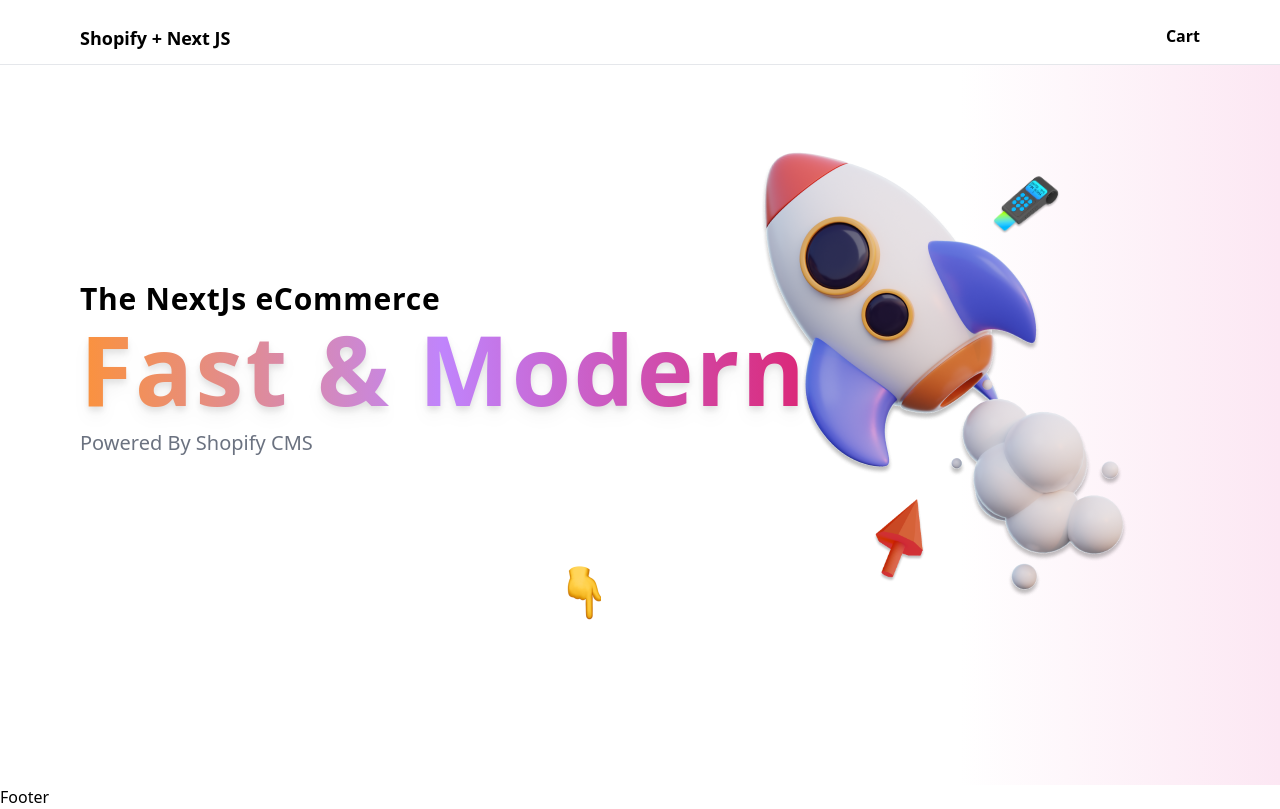
Repository: Krishna-bansall/store
Page: /
The author's editor kept a copy of each file at every save. The page is drawn from the files as they stood at one save, then again after a run of saves.
The browser window is 1280 px wide. The pictures show the whole page.
The project was rebuilt for these pictures with package versions that can differ from the ones it lists, and the page was loaded fresh each time. The framework's server and built-in components were replaced by stand-ins that run in the browser. Also part of the build but not shown: next.config.js, utils/helpers.js, components/ProductCard.js, components/ProductList.js.

Above is the page before, as saved 2022-04-10 20:50:46.

### pages/_app.tsx
import '../styles/globals.css'
import Layout from '../components/Layout'
import type { AppProps } from 'next/app'

function MyApp({ Component, pageProps }: AppProps) {
  return (
          <Layout>
            <Component {...pageProps} />
          </Layout>
    )
}

export default MyApp

### pages/index.js
// import { getProductInCollection, getProduct } from '../lib/shopify'
import ProductList from '../components/ProductList'
import HeroSection from '../components/HeroSection'

const Home = ({ products }) => {
  return (
    <div className="">
      <HeroSection />
      {/* <ProductList product={products} />{' '} */}
    </div>
  )
}
// export async function getStaticProps() {
//   const products = await getProductInCollection()

//   return {
//     props: { products }, // will be passed to the page component as props
//   }
// }

export default Home

### components/Layout.js
import React, { children } from 'react'
import Nav from './Nav'
import { AnimatePresence } from 'framer-motion'

function Layout({ children }) {
  return (
    <div className="flex flex-col justify-between">
      <Nav />
      <AnimatePresence exitBeforeEnter>
        <div className="overflow-hidden">
          <main>{children}</main>
          <footer>Footer</footer>
        </div>
      </AnimatePresence>
    </div>
  )
}

export default Layout

### components/HeroSection.js
import { motion } from 'framer-motion'
import Link from 'next/link'
import Image from 'next/image'
import rocket from '../public/images/rocket.png'
import machine from '../public/images/machine.png'
import cursor from '../public/images/cursor.png'
import down from '../public/images/down.png'

const easing = [0.6, -0.5, 0.01, 0.99]

const fadeInUp = {
  initial: {
    y: 60,
    opacity: 0,
  },
  animate: {
    y: 0,
    opacity: 1,
    transition: {
      duration: 2,
      ease: easing,
    },
  },
}

const stagger = {
  animate: {
    transition: {
      staggerChildren: 0.5,
    },
  },
}

function HeroSection() {
  return (
    <motion.div
      initial="initial"
      animate="animate"
      exit={{ opacity: 0 }}
      className="relative grid h-screen grid-cols-2 bg-white"
    >
      <motion.div
        // variants={stagger}
        className="z-10 col-span-2 grid max-h-screen grid-cols-[1fr_3fr_1fr] grid-rows-[3fr_2fr_3fr]
      px-4 py-20 md:grid-cols-[2fr_1fr] md:grid-rows-[1fr_2fr_2fr] md:px-20"
      >
        <motion.div className="col-start-2 row-start-2 flex h-full items-center justify-center text-center md:col-start-1 md:justify-start md:text-left">
          <motion.div
            variants={stagger}
            className="absolute -translate-y-1/2 md:translate-y-0"
          >
            <motion.h3
              variants={fadeInUp}
              className="mb-1 max-w-xl text-lg font-semibold tracking-wide md:text-2xl lg:text-3xl 2xl:text-5xl"
            >
              The NextJs eCommerce
            </motion.h3>
            <motion.h1
              variants={fadeInUp}
              className="mb-3 max-w-full bg-gradient-to-r from-orange-400 via-purple-400 to-pink-600 bg-clip-text
          text-4xl font-black text-transparent drop-shadow-lg md:text-6xl md:tracking-wide lg:text-8xl 2xl:text-9xl"
            >
              Fast & Modern
            </motion.h1>
            <motion.p
              variants={fadeInUp}
              className="text-sm text-gray-500 md:text-xl 2xl:text-3xl"
            >
              Powered By Shopify CMS
            </motion.p>
          </motion.div>
        </motion.div>

        <div className="col-start-3 flex justify-start md:col-start-2 md:justify-center">
          <div className="flex w-full items-end md:w-[clamp(3rem,7rem,10rem)] xl:ml-6">
            <Image className="" src={machine} alt="Machine" />
          </div>
        </div>

        <div className="col-start-2 row-start-1 hidden items-start md:visible md:row-start-2 md:grid ">
          <div className="absolute grid max-w-xs self-center justify-self-end lg:max-w-full">
            <Image className="" src={rocket} alt="Rocket" />
          </div>
        </div>

        <div className="visible  col-start-2 row-start-1 flex items-end justify-center md:hidden">
          <div className="flex w-40 items-end">
            <Image className="-rotate-90 " src={rocket} alt="Rocket" />
          </div>
        </div>

        <div className="col-start-3 row-start-2 grid md:col-start-2 md:row-start-3">
          <div className="flex items-start md:w-[clamp(3rem,7rem,10rem)] xl:ml-6">
            <Image
              className="-rotate-45 md:rotate-0"
              src={cursor}
              alt="Cursor"
            />
          </div>
        </div>
        <div className="col-start-2 row-start-3 flex items-center justify-center md:col-start-1">
          <motion.div
            animate={{
              transition: {
                delay: 6,
              },
            }}
            whileHover={{
              rotate: -20,
              transition: { duration: 0.15 },
            }}
            whileTap={{ scale: 0.9, rotate: 20 }}
            className="w-10 cursor-pointer md:ml-28 lg:ml-64"
          >
            <Link href={'products'}>
              <Image src={down} alt="down" />
            </Link>
          </motion.div>
        </div>
      </motion.div>

      <div
        className="absolute col-start-2 h-full w-full bg-gradient-to-bl from-pink-100 via-white
         to-white md:bg-gradient-to-l"
      ></div>
    </motion.div>
  )
}

export default HeroSection

### components/Nav.js
import React from 'react'
import Link from 'next/link'
export default function Nav() {
  return (
    <header className="sticky top-0 z-20 border-b  backdrop-blur-md">
      <div className="item-center flex max-w-6xl justify-between px-4 pt-6 pb-3 md:px-20 lg:max-w-full">
        <Link href="/" passHref>
          <a className="cursor-pointer">
            <span className="pt-1 text-lg font-bold 2xl:text-3xl">
              Shopify + Next JS
            </span>
          </a>
        </Link>
        <a className="text-medium cursor pointer font-bold 2xl:text-2xl">
          Cart
        </a>
      </div>
    </header>
  )
}

Loaded but not shown: styles/globals.css (common file); tailwind.config.js (common file)

After the next 2 saves:
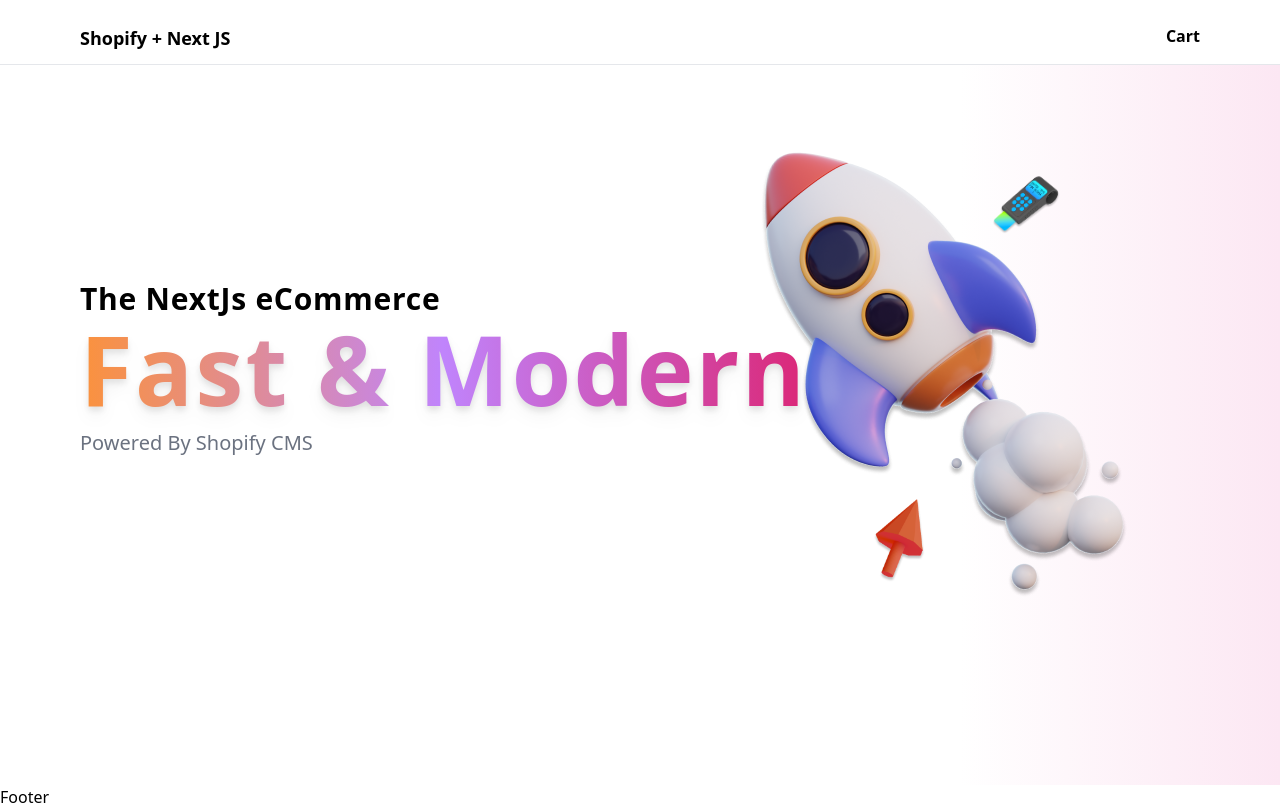
The 2 saves are shown as one change because 1 did not build or start.
The last was saved 75 s later.
--- a/components/HeroSection.js
+++ b/components/HeroSection.js
@@ -18,6 +18,21 @@
     opacity: 1,
     transition: {
       duration: 2,
+      ease: easing,
+    },
+  },
+}
+
+const delayFadeInUp = {
+  initial: {
+    y: 60,
+    opacity: 0,
+  },
+  animate: {
+    y: 0,
+    opacity: 1,
+    transition: {
+      delay: 6,
       ease: easing,
     },
   },
@@ -100,11 +115,7 @@
         </div>
         <div className="col-start-2 row-start-3 flex items-center justify-center md:col-start-1">
           <motion.div
-            animate={{
-              transition: {
-                delay: 6,
-              },
-            }}
+            variants={delayFadeInUp}
             whileHover={{
               rotate: -20,
               transition: { duration: 0.15 },

After the save that followed:
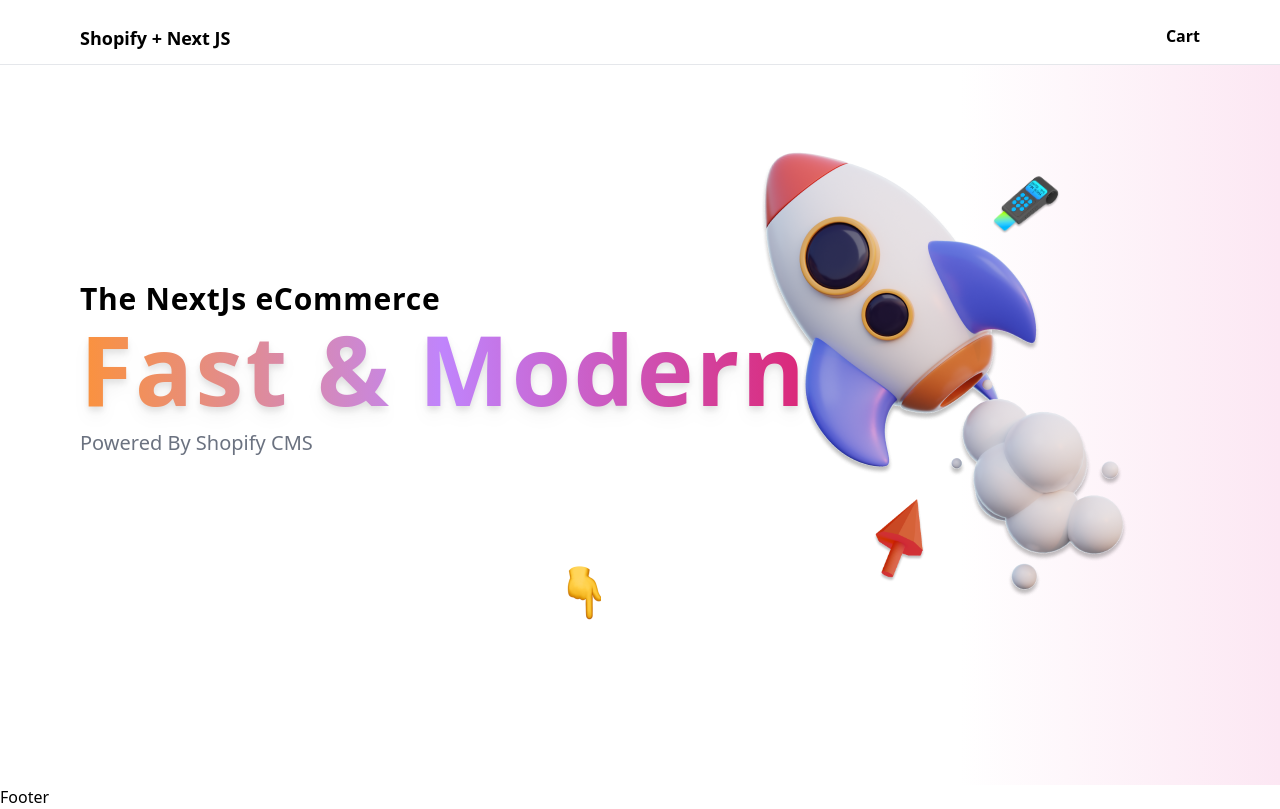
Saved 13 s later.
--- a/components/HeroSection.js
+++ b/components/HeroSection.js
@@ -32,7 +32,7 @@
     y: 0,
     opacity: 1,
     transition: {
-      delay: 6,
+      delay: 2,
       ease: easing,
     },
   },
